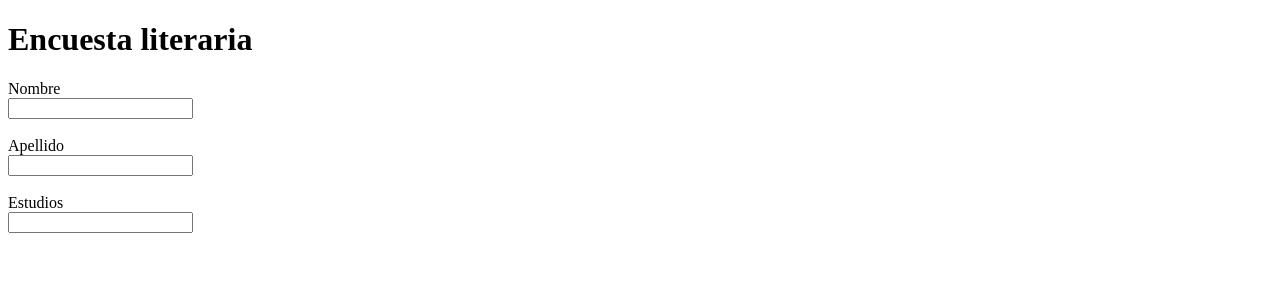
Repository: cabotillo/javaee
Page: Encuesta/WebContent/index.html
These files come from the project's save history. The page is drawn as it stood at one moment and after the next save; the edit follows.
The browser window is 1280 px wide. The pictures show the whole page.

Above is the page before, as saved 2017-02-16 17:47:48.

After the next save:
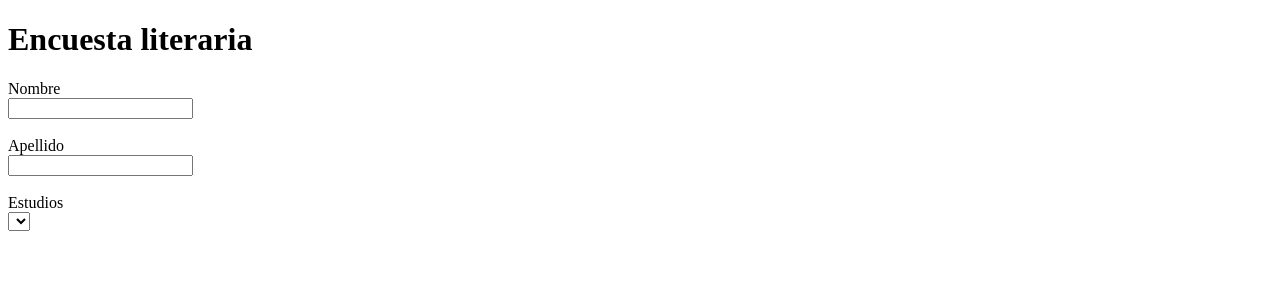
Saved 13 s later.
--- a/Encuesta/WebContent/index.html
+++ b/Encuesta/WebContent/index.html
@@ -9,7 +9,7 @@
 <form action="/Encuesta/mostrar">
 Nombre<br><input type="text" name="nombre"><br><br>
 Apellido<br><input type="text" name="apellido"><br><br>
-Estudios<br><input type="text" name="apellido"><br><br>
+Estudios<br><select name="estudios"></select><br><br>
 </form>
 </body>
 </html>
